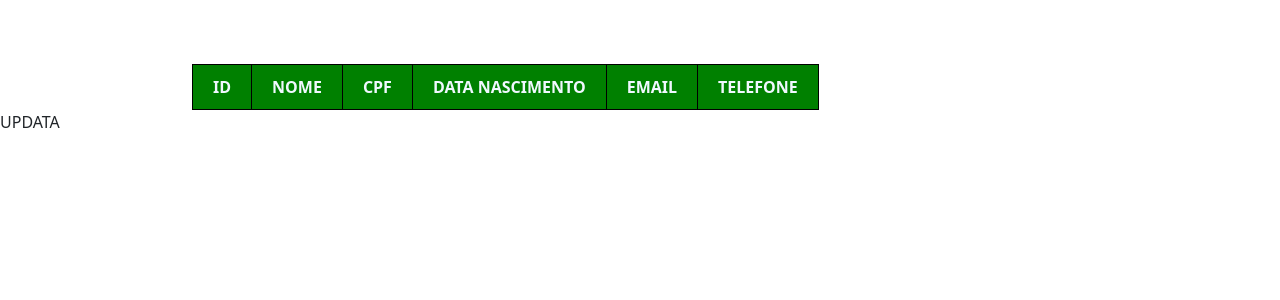
Repository: ujota/crud-cliente
Page: api-clientes/front/html/cliente.html
The author's editor kept a copy of each file at every save. The page is drawn from the files as they stood at one save, then again after the next save.
The browser window is 1280 px wide. The pictures show the whole page.
The page's requests for data from a server got no answer.

Above is the page before, as saved 2022-10-03 19:21:46.

After the next save:
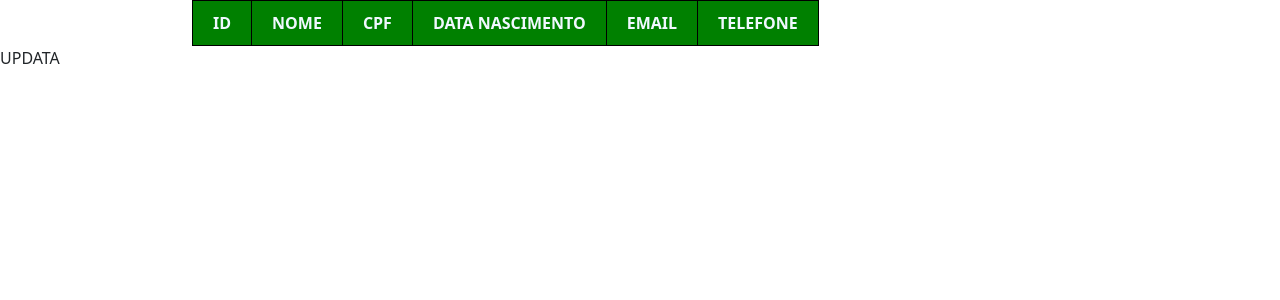
Saved 11 s later.
--- a/api-clientes/front/css/cliente.css
+++ b/api-clientes/front/css/cliente.css
@@ -1,6 +1,6 @@
 table{
     margin-left:15%;
-    margin-top:5%;
+    margin-top 1%;
     text-align: center;
     border-collapse: collapse;
     border-spacing: 0;
